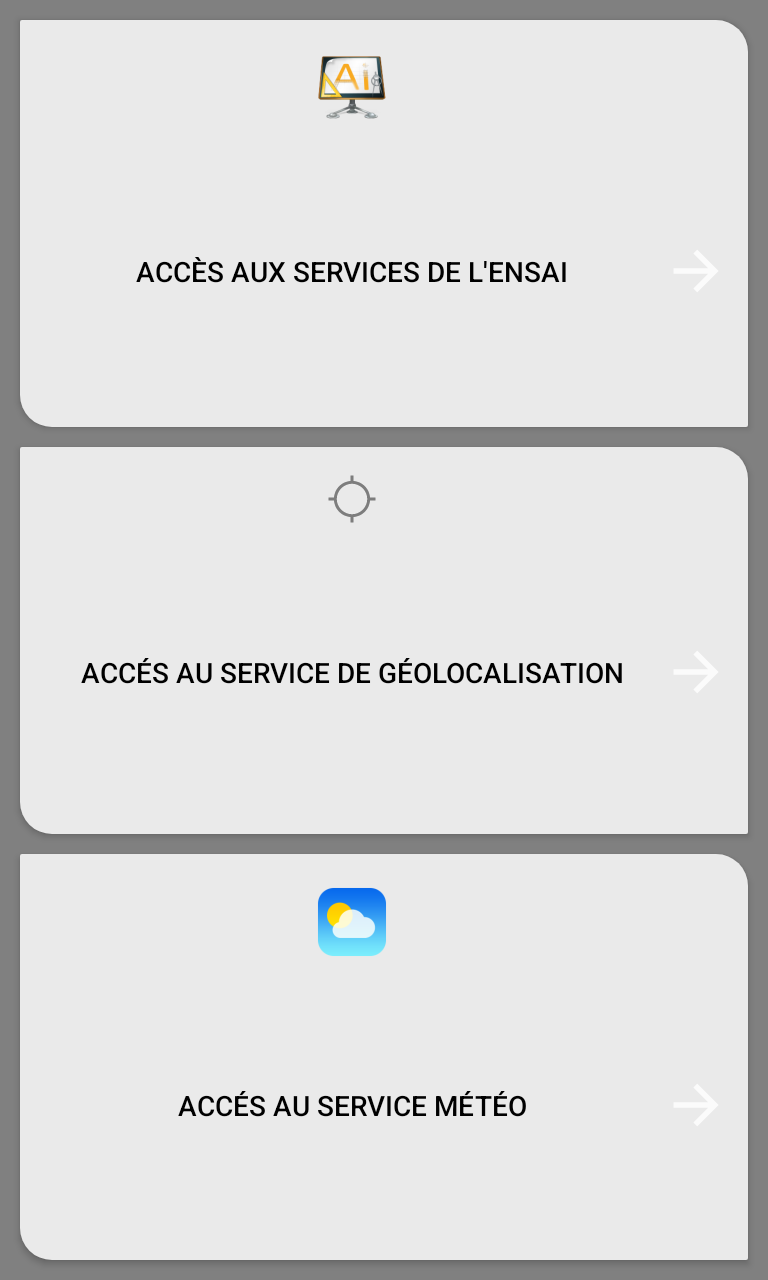
Repository: cpluuuusplus/WhoWantsKitKat
Layout: AppliPlus/res/layout/activity_menu_principal.xml
An editor plug-in stored every save of this project. The layout is shown before and after the next save, followed by the edit.
It is drawn on a 768 x 1280 px phone screen (xhdpi) without system bars, with theme Theme.AppCompat.Light; the app's code is not run.

Above is the layout before, as saved 2014-05-12 16:21:12.

### AppliPlus/res/layout/activity_menu_principal.xml
<?xml version="1.0" encoding="utf-8"?>
<LinearLayout xmlns:android="http://schemas.android.com/apk/res/android"
    android:layout_width="match_parent"
    android:layout_height="match_parent"
    android:background="@color/gray"
    android:orientation="vertical" >

    <Button
        android:id="@+id/main_act1"
        android:layout_width="match_parent"
        android:layout_height="fill_parent"
        android:layout_marginLeft="10dp"
        android:layout_marginRight="10dp"
        android:layout_marginTop="10dp"
        android:layout_weight="1"
        android:background="@drawable/button_shape"
        android:drawableRight="@drawable/ic_action_forward"
        android:drawableTop="@drawable/shcool"
        android:onClick="pamplemousse"
        android:text="@string/school"
        android:textColor="@color/black_color" />

    <Button
        android:id="@+id/main_act2"
        android:layout_width="match_parent"
        android:layout_height="fill_parent"
        android:layout_margin="10dp"
        android:layout_weight="1"
        android:background="@drawable/button_shape"
        android:drawableRight="@drawable/ic_action_forward"
        android:drawableTop="@drawable/ic_action_location_searching"
        android:onClick="geolocalisation"
        android:text="@string/geo"
        android:textColor="@color/black_color" />

    <Button
        android:id="@+id/main_act3"
        android:layout_width="match_parent"
        android:layout_height="fill_parent"
        android:layout_marginBottom="10dp"
        android:layout_marginLeft="10dp"
        android:layout_marginRight="10dp"
        android:layout_weight="1"
        android:background="@drawable/button_shape"
        android:drawableRight="@drawable/ic_action_forward"
        android:drawableTop="@drawable/weather"
        android:onClick="meteo"
        android:text="@string/meteo"
        android:textColor="@color/black_color" />

</LinearLayout>

### AppliPlus/res/values/colors.xml
<?xml version="1.0" encoding="utf-8"?>
<resources>

    <color name="black_color">#000</color>
    <color name="white">#FFFFFF</color>
    <color name="yellow">#FFFF00</color>
    <color name="fuchsia">#FF00FF</color>
    <color name="red">#FF0000</color>
    <color name="silver">#C0C0C0</color>
    <color name="gray">#808080</color>
    <color name="olive">#808000</color>
    <color name="purple">#800080</color>
    <color name="maroon">#800000</color>
    <color name="aqua">#00FFFF</color>
    <color name="lime">#00FF00</color>
    <color name="teal">#008080</color>
    <color name="green">#008000</color>
    <color name="blue">#0000FF</color>
    <color name="navy">#000080</color>

</resources>

### AppliPlus/res/drawable-hdpi/button_shape.xml
<?xml version="1.0" encoding="utf-8"?>
<shape xmlns:android="http://schemas.android.com/apk/res/android"
    android:shape="rectangle" >

    <solid android:color="#EAEAEA" />

    <corners
        android:bottomLeftRadius="16dip"
        android:bottomRightRadius="1dip"
        android:topLeftRadius="1dip"
        android:topRightRadius="16dip" />

    <padding
        android:bottom="10dp"
        android:left="10dp"
        android:right="10dp"
        android:top="10dp" />

</shape>

### AppliPlus/res/values/strings.xml
<?xml version="1.0" encoding="utf-8"?>
<resources>

    <string name="app_name">Qui veut manger un KitKat ?</string>
    <string name="hello_world">Hello world!</string>
    <string name="nb_cours">%1$d cours viennent d\'être mis à jours</string>
    <string name="direct">Accès direct à pamplemousse viewer</string>
    <string name="refresh">Refresh</string>
    <string name="action_search">search</string>
    <string name="find_city">Rechercher une ville</string>

    <!-- Nom des menus ! -->

    <string name="home">Qui veut un KitKat ?</string>
    <string name="pamp_viewer">Accès à Pamplemousse</string>
    <string name="agenda_null">Première connection ? Renseignez vos identifiants, et synchroniser</string>
    <string name="url_error">Impossible de se connecter au serveur, veuillez vérifier vos identifiants et votre connection à internet</string>
    <string name="school">Accès aux services de l\'Ensai</string>
    <string name="connection">Accès à Pamplemousse</string>
    <string name="remote">Accès à Pamplemousse en ligne</string>
    <string name="pampl_desc">Emploi du temps, mails,...</string>
    <string name="geo">Accés au service de Géolocalisation</string>
    <string name="geo_desc">Géolocalisation</string>
    <string name="meteo">Accés au service Météo</string>
    <string name="meteo_desc">À</string>
    <string name="meteo_tc">Températures</string>
    <string name="meteo_wind">Vent</string>
    <string name="meteo_rain">Pluie</string>
    <string name="meteo_clouds">Nuages</string>
    <string name="valider_localite">Valider</string>
    <string name="desc_country">Pays</string>
    <string name="desc_sunrise">Levé du soleil</string>
    <string name="desc_sunset">Couché du soleil</string>
    <string name="desc_pressure">Pression</string>

    <!-- Cas non défini -->

    <string name="to_be_defined">En attente</string>

    <!-- Test login -->

    <string name="menu_settings">Settings</string>
    <string name="title_activity_main">MainActivity</string>
    <string name="image_content_description">Un Android avec un chien</string>
    <string name="login">S\'identifier</string>
    <string name="email">Id utilisateur</string>
    <string name="password">Mot de passe</string>
    <string name="connect">Se connecter</string>
    <string name="get_localite">Récupérer ma localisation actuelle</string>
    <string name="saisir_localite">Saisir une ville ici</string>
    <string name="desc_saisie_localite">Vous pouvez saisir une localité</string>
    <string name="temp">Ce champ doit etre rempli</string>
    <string name="geoloc_osm">Géolocationsation par OSM/OCM</string>

</resources>

After the next save:
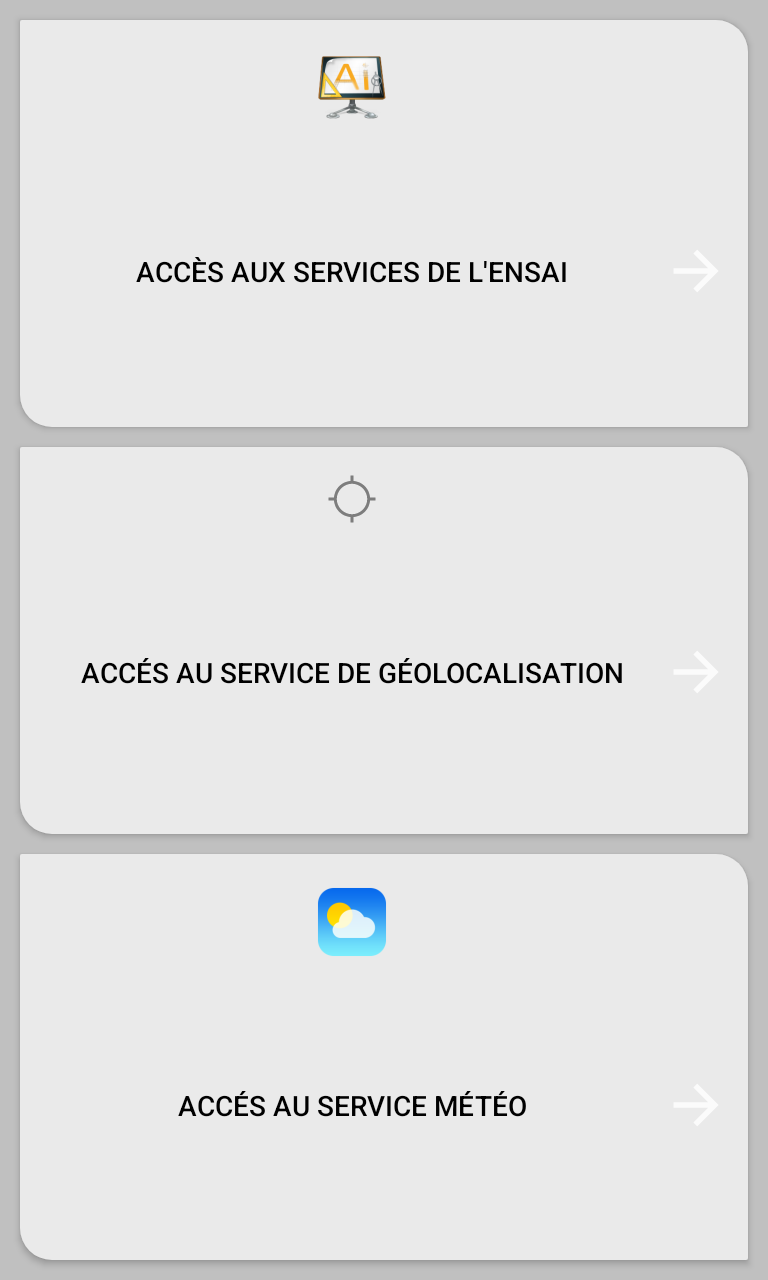
Saved 24 s later.
--- a/AppliPlus/res/layout/activity_menu_principal.xml
+++ b/AppliPlus/res/layout/activity_menu_principal.xml
@@ -2,7 +2,7 @@
 <LinearLayout xmlns:android="http://schemas.android.com/apk/res/android"
     android:layout_width="match_parent"
     android:layout_height="match_parent"
-    android:background="@color/gray"
+    android:background="@color/silver"
     android:orientation="vertical" >
 
     <Button
